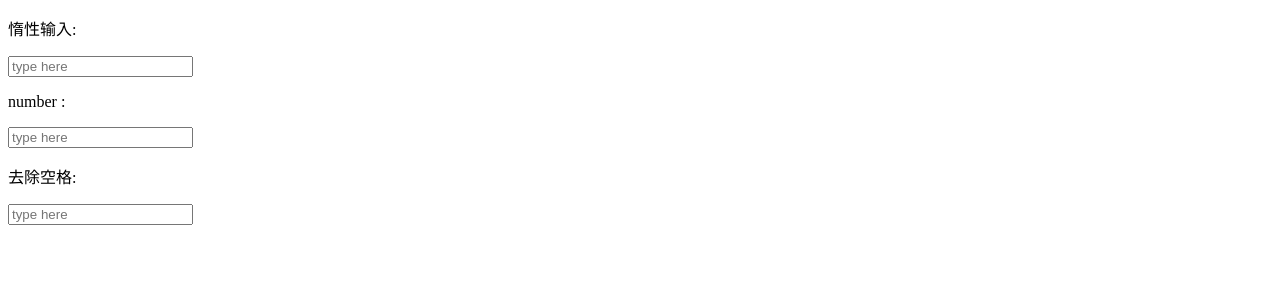
Repository: LavriaNeptune/vue-playground
Page: essentials/form-input-bindings/modifiers-for-input.html
These files come from the project's save history. The page is drawn as it stood at one moment and after the next save; the edit follows.
The browser window is 1280 px wide. The pictures show the whole page.

Above is the page before, as saved 2022-08-20 05:49:25.

### essentials/form-input-bindings/modifiers-for-input.html
<!DOCTYPE html>
<html lang="en">
  <head>
    <meta charset="UTF-8" />
    <title>Vue</title>
    <script src="https://unpkg.com/vue@3"></script>
  </head>
  <body>
    <div id="app">
      <p>惰性输入:{{messageOne}}</p>
      <input type="text" v-model.lazy="messageOne" placeholder="type here" />

      <p>number :{{messageTwo}}</p>
      <input type="text" v-model.number="messageTwo" placeholder="type here" />
      <!-- .number 效果: -->

      <p>去除空格:{{messageThree}}</p>
      <input type="text" v-model.trim="messageThree" placeholder="type here" />
      <!-- .trim 效果:去除输入文本两端空格,文本内连续空格视为单个空格 -->
    </div>

    <script>
      const { createApp } = Vue;
      const App = createApp({
        data() {
          return {
            messageOne: '',
            messageTwo: '',
            messageThree: '',
          };
        },
      }).mount('#app');
    </script>
  </body>
</html>

After the next save:
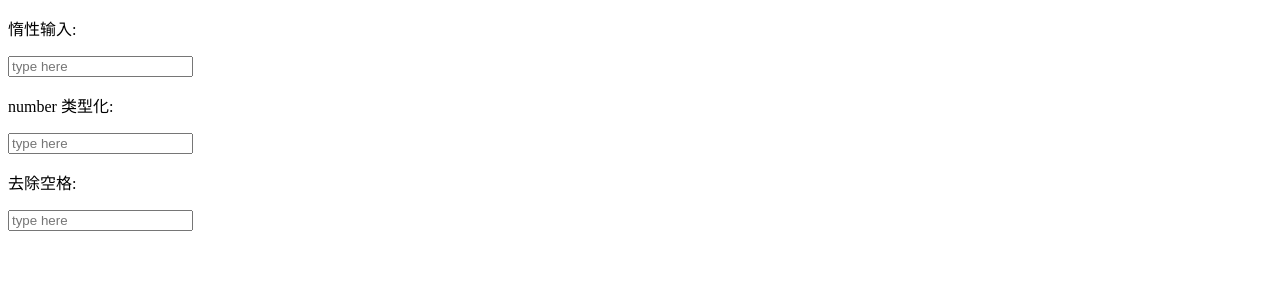
Saved 7 s later.
--- a/essentials/form-input-bindings/modifiers-for-input.html
+++ b/essentials/form-input-bindings/modifiers-for-input.html
@@ -10,7 +10,7 @@
       <p>惰性输入:{{messageOne}}</p>
       <input type="text" v-model.lazy="messageOne" placeholder="type here" />
 
-      <p>number :{{messageTwo}}</p>
+      <p>number 类型化:{{messageTwo}}</p>
       <input type="text" v-model.number="messageTwo" placeholder="type here" />
       <!-- .number 效果: -->
 
